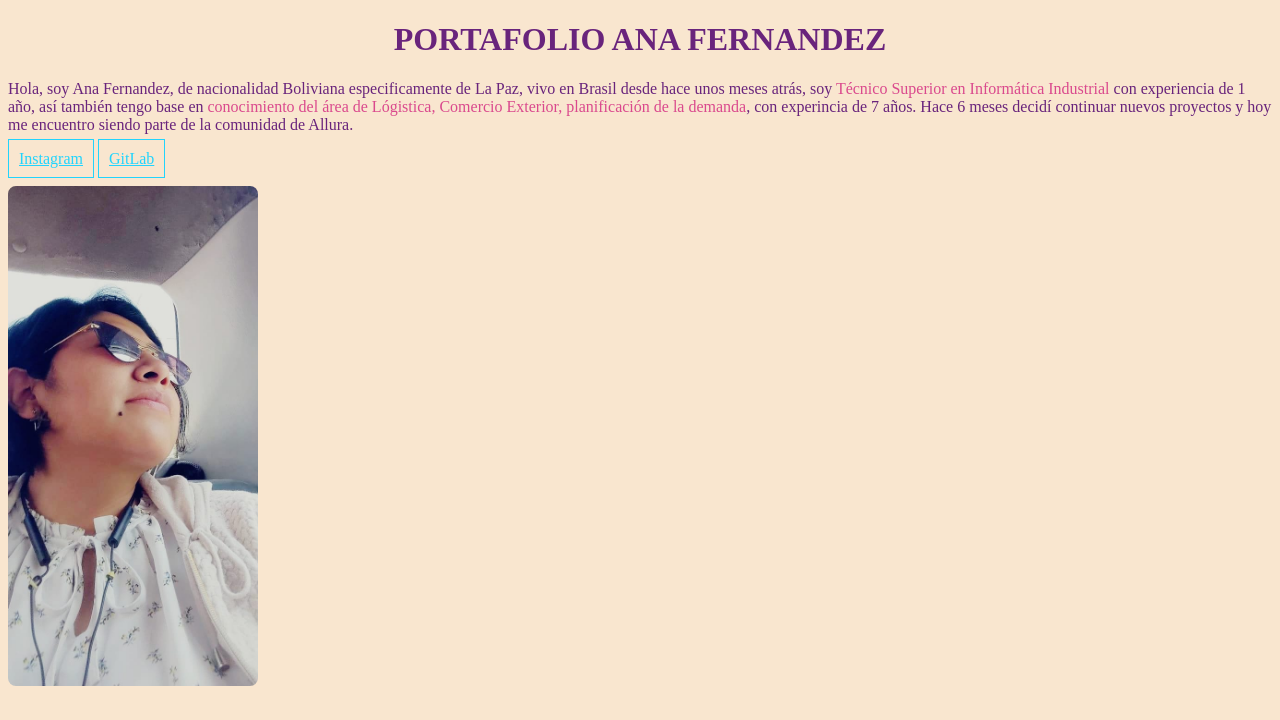
Repository: AnaFzCz/PROYECTOS-HTML---CSS2
Page: Portafolio/index.html
The author's editor kept a copy of each file at every save. The page is drawn from the files as they stood at one save, then again after the next save.
The browser window is 1280 px wide. The pictures show the whole page.

Above is the page before, as saved 2025-01-23 07:07:16.

After the next save:
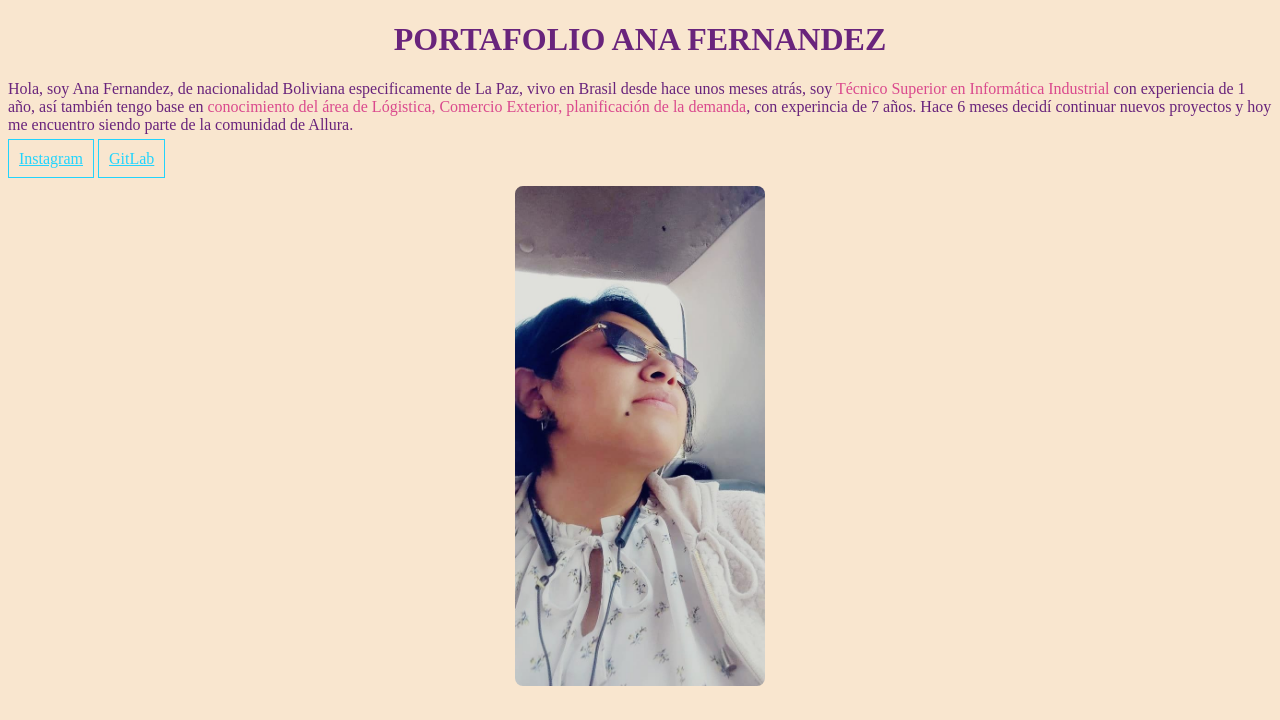
Saved 88 s later.
--- a/Portafolio/style.css
+++ b/Portafolio/style.css
@@ -21,8 +21,9 @@ h1 {
 }
 img {
     border-radius: 8px;
+    display: block;
     margin-left: auto;
-    margin-right: auto;
+    margin-right: auto
   }
   img:hover {
     transform: scaleX(-1);
